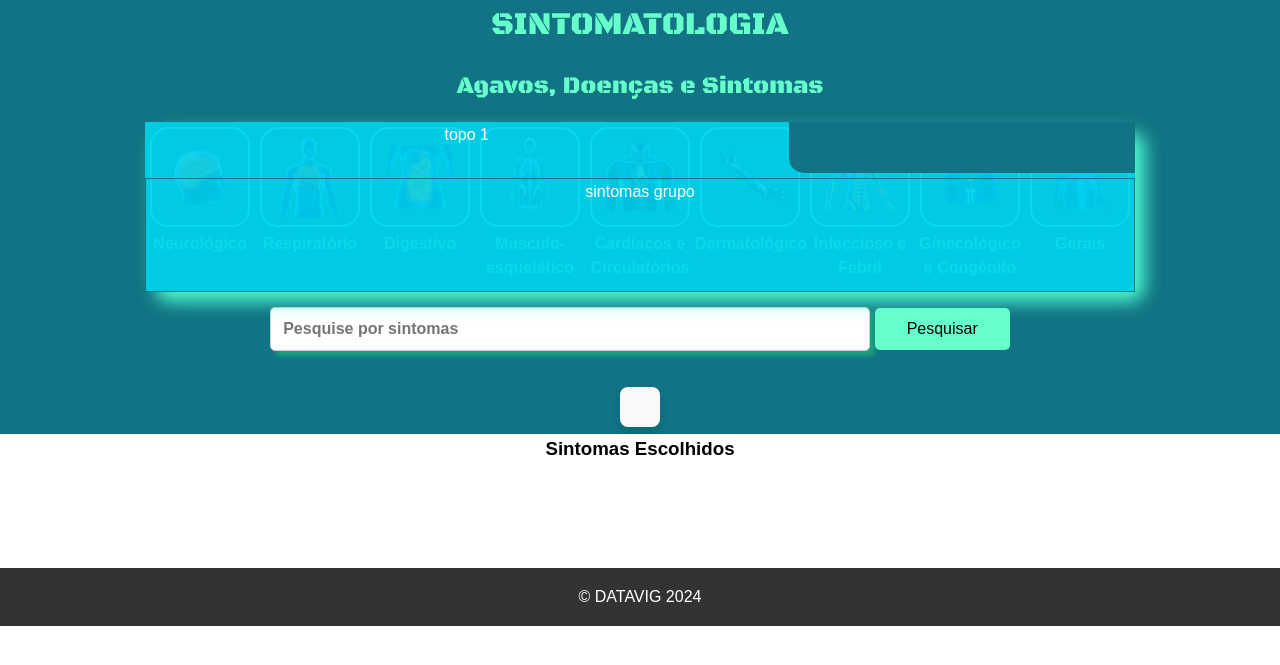
Repository: br-on/vigia
Page: index.html
The author's editor kept a copy of each file at every save. The page is drawn from the files as they stood at one save, then again after a run of saves.
The browser window is 1280 px wide. The pictures show the whole page.
Some web fonts or font styles are not loaded; a fallback is used.

Above is the page before, as saved 2024-09-16 20:18:21.

After the next 2 saves:
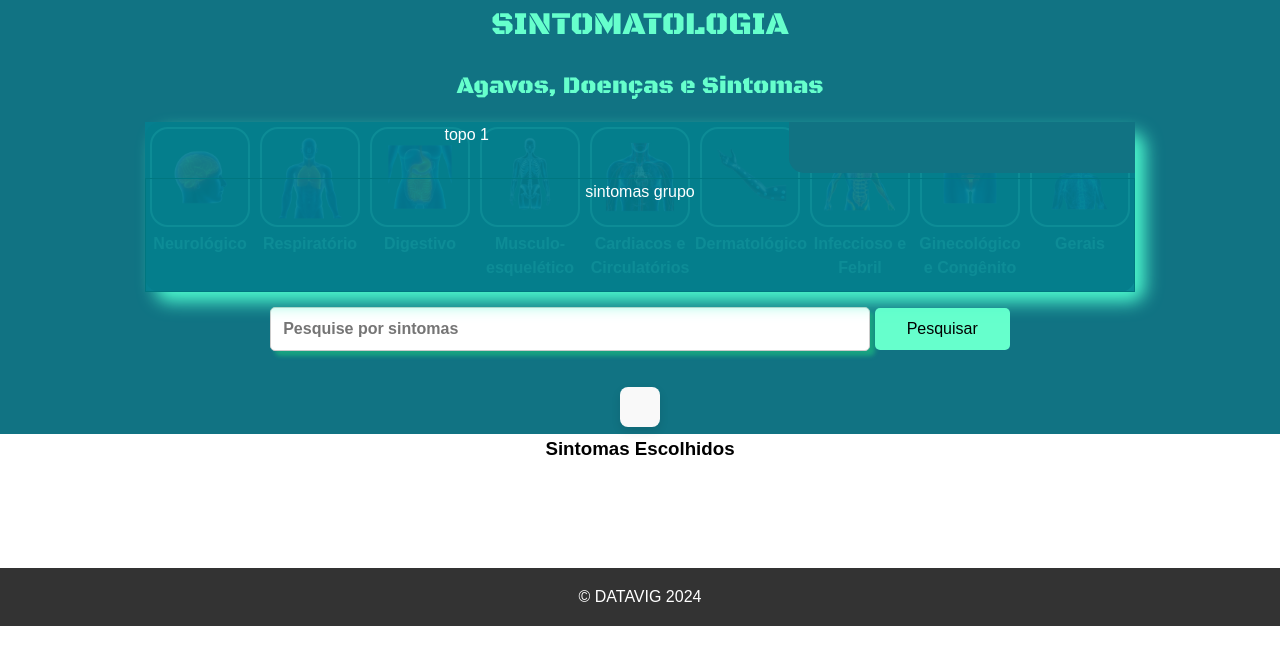
The 2 saves are shown as one change because they came seconds apart.
The last was saved 9 s later.
--- a/assets/style/style.css
+++ b/assets/style/style.css
@@ -352,7 +352,7 @@ footer {
     flex-direction: column;
     width: 100%; /* A largura da div sobreposta será igual à da div base */
     height: 100%; /* A altura será igual à div base */
-    background-color: rgba(0, 213, 241, 0.904); /* Cor com transparência */
+    background-color: rgba(4, 128, 145, 0.904); /* Cor com transparência */
 
 }
 
